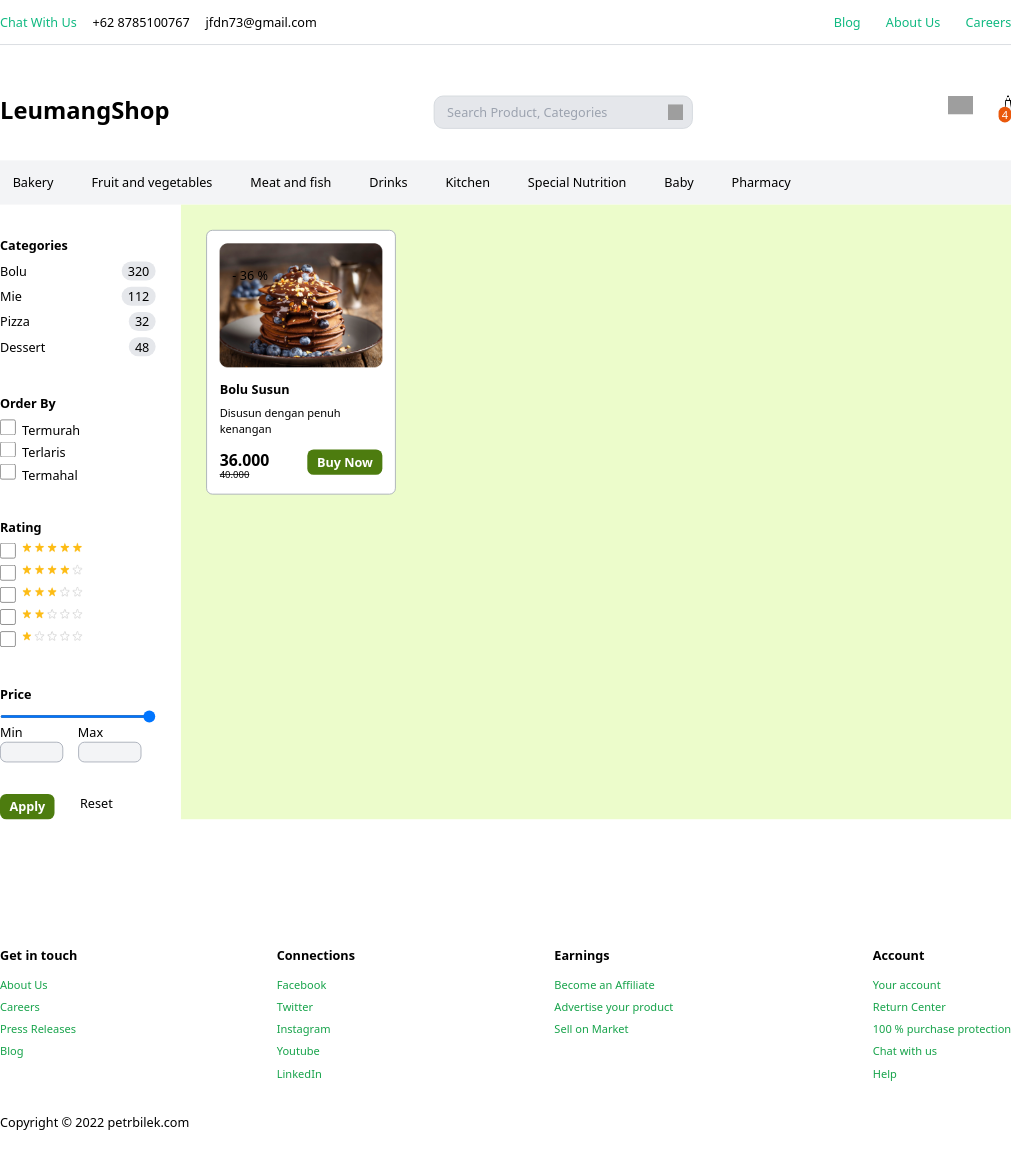
Repository: jafetdn73/ecommerce-tailwind
Page: /
An editor plug-in stored every save of this project. The page is shown before and after the next save, followed by the edit.
The browser window is 1280 px wide. The pictures show the whole page, at 79% of full size.
Pictures or frames that could not be fetched are drawn as grey boxes. The project was rebuilt for these pictures with package versions that can differ from the ones it lists, and the page was loaded fresh each time. Also part of the build but not shown: src/App.css.

Above is the page before, as saved 2022-03-14 15:11:05.

### src/App.js
import "./App.css";

function App() {
  return (
    <div className="bg-white container mx-auto">
      <div className="flex justify-between py-4 border-b border-gray-300">
        <div className="flex gap-5">
          <a href="http://google.com" className="text-emerald-500">
            Chat With Us
          </a>
          <a href="http://facebook.com">+62 8785100767</a>
          <a href="http://ggogl.com">jfdn73@gmail.com</a>
        </div>

        <div className="">
          <ul className="flex gap-8 text-emerald-500">
            <li>Blog</li>
            <li>About Us</li>
            <li>Careers</li>
          </ul>
        </div>
      </div>

      <div className="flex justify-between mt-16">
        <h1 className="text-3xl font-bold">LeumangShop</h1>
        <div className="flex w-full justify-center items-center">
          <input
            type="text"
            placeholder="Search Product, Categories"
            className="w-1/3 border border-gray-300 bg-gray-200 rounded-xl pl-4 py-2"
          />
          <img src="/images/search-icon.png" alt="search" className="w-5 h-5 -ml-8"/>
        </div>
        <div className="flex gap-10">
          <img src="/images/user-icon.png" alt="user" className="w-8 h-6"/>
          <div className="relative">
            <img src="/images/cart-icon.png" alt="icon" className="w-8 h-6"/>
            <label className="absolute bottom-2 -left-2 bg-orange-600 text-white py-0.25 px-1 rounded-full text-sm">4</label>
          </div>
        </div>
      </div>

      <div className="bg-gray-100 mt-10 py-4 pl-4 text-base font-medium">
        <ul className="flex gap-12">
          <li>Bakery</li>
          <li>Fruit and vegetables</li>
          <li>Meat and fish</li>
          <li>Drinks</li>
          <li>Kitchen</li>
          <li>Special Nutrition</li>
          <li>Baby</li>
          <li>Pharmacy</li>
        </ul>
        </div>

      {/* Container Wrapper */}
      <div className="flex gap-4">
        {/* Side Bar Container */}
        <div className="flex flex-col w-60" >
          {/* Categories Container */}
          <div className="flex flex-col mt-10">
            <h1 className="font-bold text-base mb-2">Categories</h1>
            <ul>
              <div className="flex justify-between">
                <li>Bolu</li><label className="mb-2 bg-gray-200 pl-2 pr-2 rounded-xl">320</label>
              </div>
              <div className="flex justify-between">
                <li>Mie</li><label className="mb-2 bg-gray-200 pl-2 pr-2 rounded-xl">112</label>
              </div>
              <div className="flex justify-between">
                <li>Pizza</li><label className="mb-2 bg-gray-200 pl-2 pr-2 rounded-xl">32</label>
              </div>
              <div className="flex justify-between">
                <li>Dessert</li><label className="mb-2 bg-gray-200 pl-2 pr-2 rounded-xl">48</label>
              </div>
            </ul>
          </div>
          {/* Order By Categories */}
          <div className="flex flex-col mt-10">
            <h1 className="font-bold mb-2">Order By</h1>
           <div>
              <input type="checkbox" className="accent-lime-700 w-5 h-5 mr-2 mb-2"></input>
              <span className="mb-1">Termurah</span>
          </div>
          <div>
            <input type="checkbox"  className="accent-lime-700 w-5 h-5 mr-2 mb-2"></input>
            <label>Terlaris</label>
          </div>
          <div>
            <input type="checkbox"  className="accent-lime-700 w-5 h-5 mr-2 mb-2"></input>
            <label>Termahal</label>
          </div>
          </div>
          {/* Rating Container */}
          <div className="flex flex-col mt-10">
            <h1 className="font-bold mb-2">Rating</h1>
           <div  className="flex">
             <input type="checkbox" className="accent-lime-700 w-5 h-5 mr-2 mb-2">
               </input>
               <div className="flex w-3 h-3 gap-1">
                 <img src="images/rate-star.png" alt="rate-star"/>
                 <img src="images/rate-star.png" alt="rate-star"/>
                 <img src="images/rate-star.png" alt="rate-star"/>
                 <img src="images/rate-star.png" alt="rate-star"/>
                 <img src="images/rate-star.png" alt="rate-star"/>
                 </div>
          </div>
          <div  className="flex">
             <input type="checkbox" className="accent-lime-700 w-5 h-5 mr-2 mb-2">
               </input>
               <div className="flex w-3 h-3 gap-1">
                 <img src="images/rate-star.png" alt="rate-star"/>
                 <img src="images/rate-star.png" alt="rate-star"/>
                 <img src="images/rate-star.png" alt="rate-star"/>
                 <img src="images/rate-star.png" alt="rate-star"/>
                 <img src="images/unrate-star.png" alt="unrate-star"/>
                 </div>
          </div>
          <div  className="flex">
             <input type="checkbox" className="accent-lime-700 w-5 h-5 mr-2 mb-2">
               </input>
               <div className="flex w-3 h-3 gap-1">
                 <img src="images/rate-star.png" alt="rate-star"/>
                 <img src="images/rate-star.png" alt="rate-star"/>
                 <img src="images/rate-star.png" alt="rate-star"/>
                 <img src="images/unrate-star.png" alt="unrate-star"/>
                 <img src="images/unrate-star.png" alt="unrate-star"/>
                 </div>
          </div>
          <div  className="flex">
             <input type="checkbox" className="accent-lime-700 w-5 h-5 mr-2 mb-2">
               </input>
               <div className="flex w-3 h-3 gap-1">
                 <img src="images/rate-star.png" alt="rate-star"/>
                 <img src="images/rate-star.png" alt="rate-star"/>
                 <img src="images/unrate-star.png" alt="unrate-star"/>
                 <img src="images/unrate-star.png" alt="unrate-star"/>
                 <img src="images/unrate-star.png" alt="unrate-star"/>
                 </div>
          </div>
          <div  className="flex">
             <input type="checkbox" className="accent-lime-700 w-5 h-5 mr-2 mb-2">
               </input>
               <div className="flex w-3 h-3 gap-1">
                 <img src="images/rate-star.png" alt="rate-star"/>
                 <img src="images/unrate-star.png" alt="unrate-star"/>
                 <img src="images/unrate-star.png" alt="unrate-star"/>
                 <img src="images/unrate-star.png" alt="unrate-star"/>
                 <img src="images/unrate-star.png" alt="unrate-star"/>
                 </div>
          </div>

          </div>
          {/* Price Container */}
          <div className="flex flex-col mt-10">
          <h1 className="font-bold">Price</h1>
          <div><input
                type="range"
                className="w-full h-1 p-0 bg-gray-200 focus:outline-none focus:ring-0 focus:shadow-sm"
                min="0"
                max="5"
              />
           </div>
           <div className="flex">
             <div className="w-2/4"><label>Min</label><br></br><input className="w-20 bg-gray-100 border border-gray-400 rounded-lg" type="text"/></div>
             <div  className="w-2/4"><label>Max</label><br></br><input className="w-20 bg-gray-100 border border-gray-400 rounded-lg" type="text"/></div>
           </div>
          </div>
          <div className="flex mt-10">
            <button className="py-1 px-3 mr-8 rounded-lg font-bold bg-lime-700 text-white">Apply</button><label>Reset</label></div>
        </div>
        <div className="bg-gray-100">
          <div className="bg-yellow-100">
          </div>
        </div>
        {/* Container Content */}
        <div className="flex flex-col bg-lime-100 w-full" >
          <div className="w-60 m-8 p-4 bg-white border border-gray-400 rounded-lg">
            <div className="relative ">
              <img src="images/bolu-susun.png" alt="bolu-susun" width="236" height="180"/>
              <label className="ml-2 absolute bottom-24 left-0 mb-2 pl-2 pr-2 rounded-xl">- 36 %</label>
            </div>
            <div>
            <h1 className="font-bold text-base mt-4 mb-2">Bolu Susun</h1>
            <p className="text-sm">Disusun dengan penuh kenangan</p>
            </div>
            <div className="flex justify-between mt-4">
              <div className="flex flex-col">
                <label className="font-bold text-xl">36.000</label>
                <label className="line-through text-xs -mt-1">40.000</label>
              </div>
              <div>
                <button className="py-1 px-3 rounded-lg font-bold bg-lime-700 text-white">Buy Now</button>
              </div>
            </div>
          </div>

        </div>
      </div>

      {/* footer */}
      <div className="flex justify-between mb-8 mt-40">

<div className="">
  <h2 className="font-bold mb-4">Get in touch</h2>
  <ul className="text-sm text-green-600">
    <li className="mb-2">About Us</li>
    <li className="mb-2">Careers</li>
    <li className="mb-2">Press Releases</li>
    <li className="mb-2">Blog</li>
  </ul>
</div>

<div className="">
  <h2 className="font-bold mb-4">Connections</h2>
  <ul className="text-sm text-green-600">
    <li className="mb-2">Facebook</li>
    <li className="mb-2">Twitter</li>
    <li className="mb-2">Instagram</li>
    <li className="mb-2">Youtube</li>
    <li className="mb-2">LinkedIn</li>
  </ul>
</div>

<div className="">
  <h2 className="font-bold mb-4">Earnings</h2>
  <ul className="text-sm text-green-600">
    <li className="mb-2">Become an Affiliate</li>
    <li className="mb-2">Advertise your product</li>
    <li className="mb-2">Sell on Market</li>
  </ul>
</div>

<div className="">
  <h2 className="font-bold mb-4">Account</h2>
  <ul className="text-sm text-green-600">
    <li className="mb-2">Your account</li>
    <li className="mb-2">Return Center</li>
    <li className="mb-2">100 % purchase protection</li>
    <li className="mb-2">Chat with us</li>
    <li className="mb-2">Help</li>
  </ul>
</div>

</div>

{/* copyright */}
<div className="mb-10">
<h4>Copyright &copy; 2022 petrbilek.com</h4>
</div>

    </div>
  );
}

export default App;

Loaded but not shown: public/index.html (common file); src/index.js (common file); src/index.css (common file); src/reportWebVitals.js (common file); tailwind.config.js (common file)

After the next save:
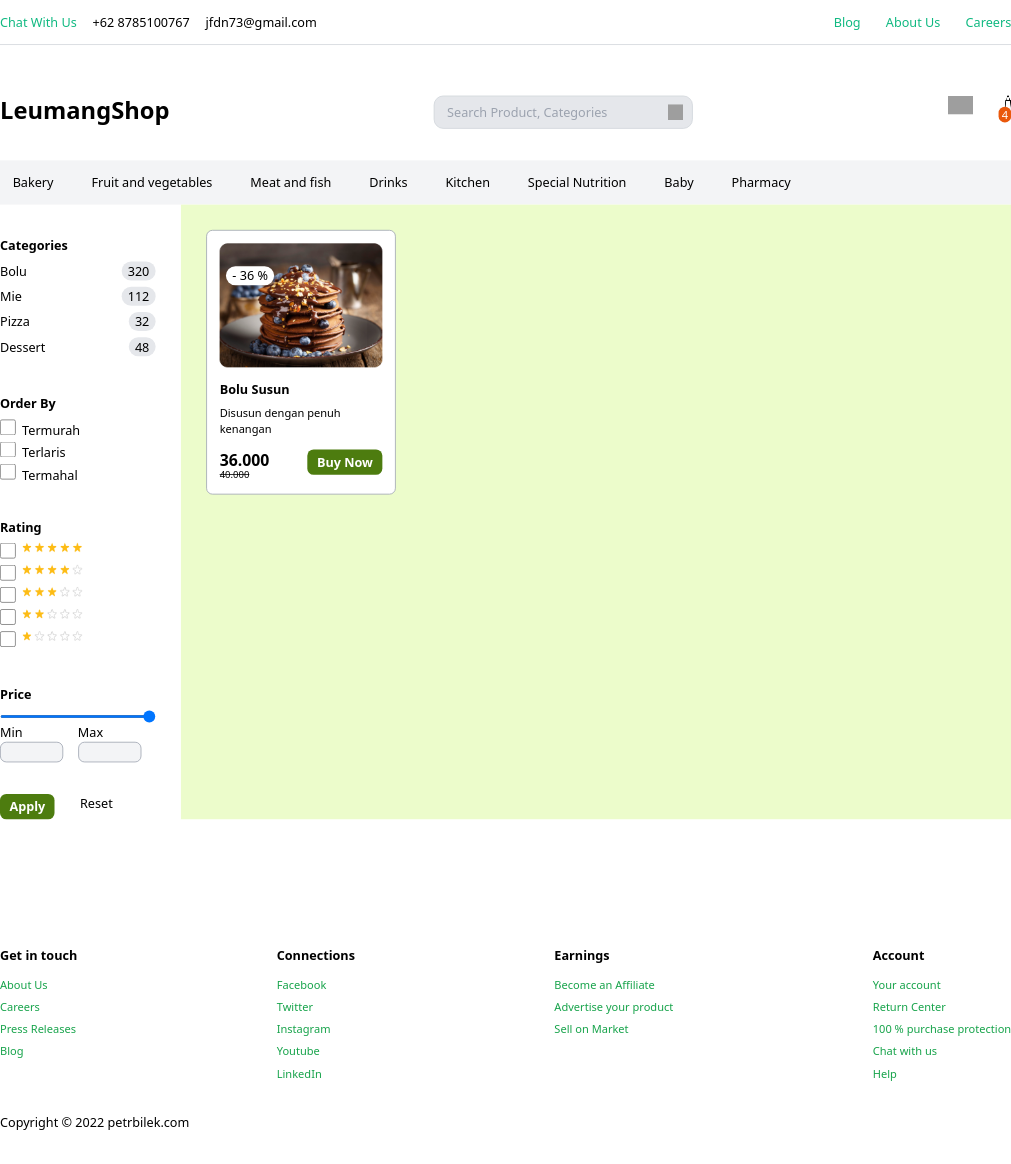
Saved 21 s later.
--- a/src/App.js
+++ b/src/App.js
@@ -178,7 +178,7 @@ function App() {
           <div className="w-60 m-8 p-4 bg-white border border-gray-400 rounded-lg">
             <div className="relative ">
               <img src="images/bolu-susun.png" alt="bolu-susun" width="236" height="180"/>
-              <label className="ml-2 absolute bottom-24 left-0 mb-2 pl-2 pr-2 rounded-xl">- 36 %</label>
+              <label className="ml-2 absolute bottom-24 bg-white left-0 mb-2 pl-2 pr-2 rounded-xl">- 36 %</label>
             </div>
             <div>
             <h1 className="font-bold text-base mt-4 mb-2">Bolu Susun</h1>
